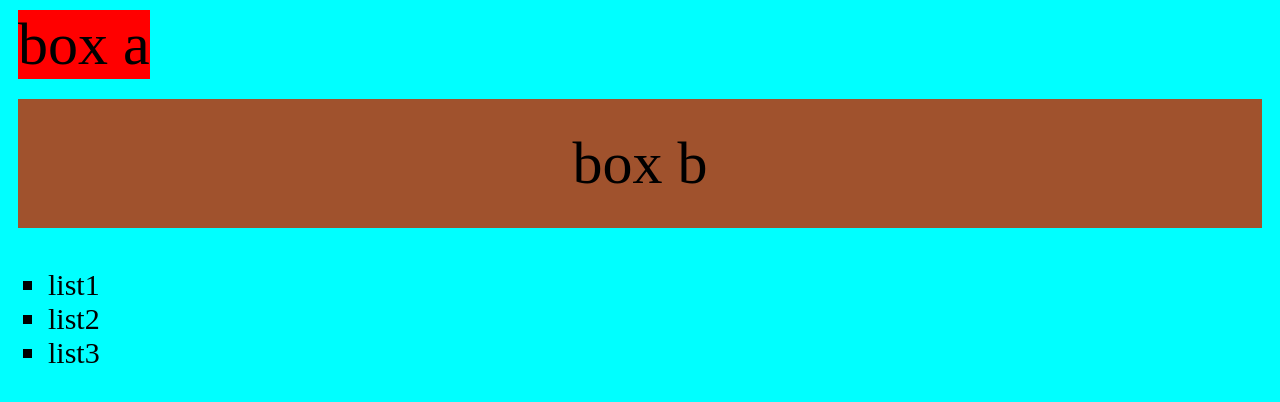
Repository: asifdotpy/testing-html-and-css
Page: index.html
These files come from the project's save history. The page is drawn as it stood at one moment and after a run of saves; the edit follows.
The browser window is 1280 px wide. The pictures show the whole page.

Above is the page before, as saved 2021-02-14 21:49:01.

After the next 2 saves:
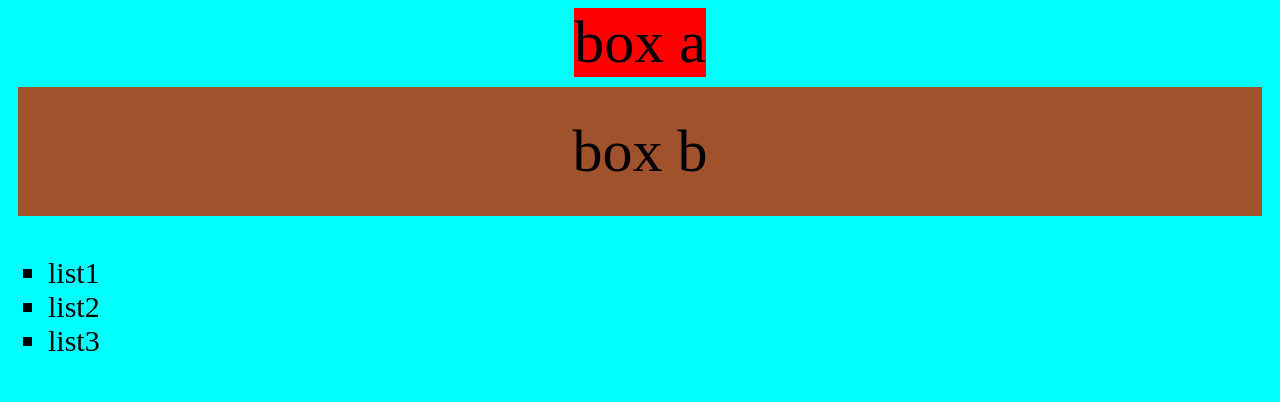
The 2 saves are shown as one change because they came seconds apart.
The last was saved 17 s later.
--- a/main.css
+++ b/main.css
@@ -4,7 +4,7 @@
 
 div.a {
     font-size: 60px;
-    margin: 10px 10px 20px;
+    margin: 0 auto;
     background-color: red;
     text-align: center;
     /* padding: 30px; */
